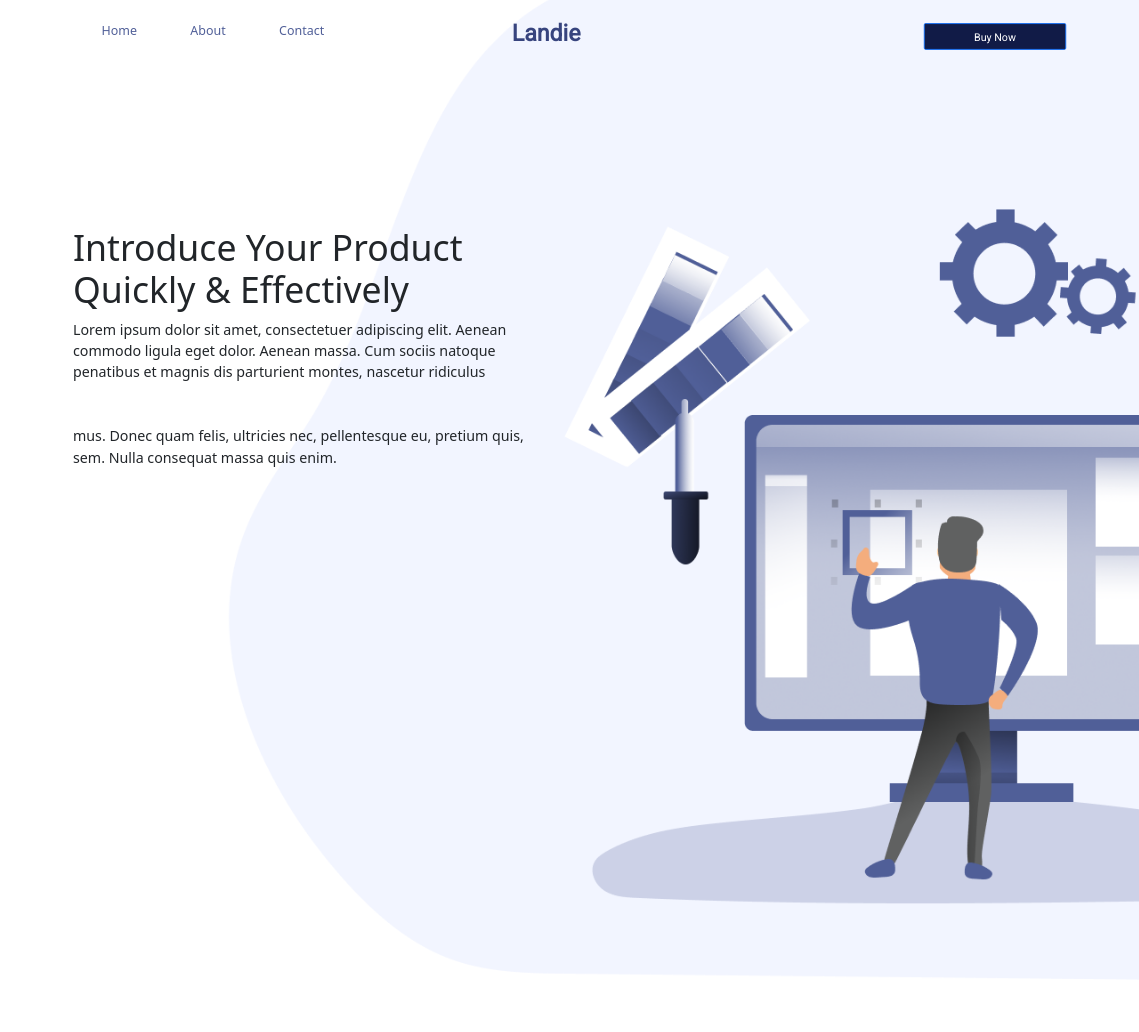
Repository: batonAnton/HW-Lec12-sass-pug
Page: index.html
An editor plug-in stored every save of this project. The page is shown before and after the next save, followed by the edit.
The browser window is 1280 px wide. The pictures show the whole page, at 89% of full size.
The style sheet was rebuilt from its Sass, Less or Tailwind sources for each picture, by a compiler version that may differ from the author's.

Above is the page before, as saved 2022-07-29 15:56:20.

### index.html
<!DOCTYPE html>
<html lang="en">
<head>
    <meta charset="UTF-8">
    <meta http-equiv="X-UA-Compatible" content="IE=edge">
    <meta name="viewport" content="width=device-width, initial-scale=1.0">
    <title>HW12 Saas</title>
    <link rel="preconnect" href="https://fonts.googleapis.com">
    <link rel="preconnect" href="https://fonts.gstatic.com" crossorigin>
    <link href="https://fonts.googleapis.com/css2?family=Roboto&display=swap" rel="stylesheet">
    <link href="https://cdn.jsdelivr.net/npm/bootstrap@5.2.0/dist/css/bootstrap.min.css" rel="stylesheet" integrity="sha384-gH2yIJqKdNHPEq0n4Mqa/HGKIhSkIHeL5AyhkYV8i59U5AR6csBvApHHNl/vI1Bx" crossorigin="anonymous">
    <link rel="stylesheet" href="css/style.css">
</head>
<body>
    <header>
        <div class="container">
            <div class="wrapper">
                <nav>
                    <div class="navigation">
                        <ul>
                            <li>
                                <a href="">home</a>
                            </li>
                            <li>
                                <a href="">about</a>
                            </li>
                            <li>
                                <a href="">contact</a>
                            </li>
                        </ul>
                        <div class="logo">
                            <h1>Landie</h1>
                        </div>
                        <div class="button">
                            <button type="button" class="btn btn-menu btn-primary">Buy now</button>
                        </div>
                    </div>
                </nav>

                <div class="leftBlock">
                    <h1>Introduce Your Product <br class="hideBR">
                        Quickly & Effectively
                    </h1>

                    <p>
                        Lorem ipsum dolor sit amet, consectetuer adipiscing elit. Aenean <br class="hideBR"> commodo ligula eget dolor. Aenean massa. Cum sociis natoque <br class="hideBR"> penatibus et magnis dis parturient montes, nascetur ridiculus <br class="hideBR">
                        <br> <br>
                        mus. Donec quam felis, ultricies nec, pellentesque eu, pretium quis, <br class="hideBR"> sem. Nulla consequat massa quis enim.
                    </p>
                </div>
            </div>
        </div>
    </header>
</body>
</html>

### css/style.scss
$primary-color: #091133;
$primaryFontStyle: Roboto;

@mixin generalStyleMenu(
  $sizeMenu: 14px,
  $lineHeight: 24px,
  $font-color: #505f98
) {
  font-size: $sizeMenu;
  line-height: $lineHeight;
  color: $font-color;
}

body {
  box-sizing: border-box;
}

header {
  width: 100%;
  height: 1160px;
  background-image: url(../image/header/header-bg.png);
  background-position: 100% -20%;
  background-repeat: no-repeat;

  .navigation {
    display: flex;
    justify-content: space-between;
    padding-top: 18px;
    align-items: center;

    ul {
      display: inline-flex;
      li {
        margin-right: 60px;
        list-style: none;
        a {
          text-decoration: none;
          text-transform: capitalize;
          @include generalStyleMenu;
        }
      }
    }
    .logo {
      display: flex;
      justify-content: center;
      margin-left: -235px;
      h1 {
        font-family: $primaryFontStyle;
        font-style: normal;
        font-weight: 900;
        font-size: 26px;
        line-height: 38px;
        color: #37447e;
      }
    }
     .btn-primary{
      font-family: 'Roboto';
      font-style: normal;
      font-weight: 500;
      font-size: 12px;
      line-height: 18px;
      color: #FFFFFF;
      text-transform: capitalize;
      background: #111b47;
      border-radius: 2px;
      width: 160px;
      height: 30px;

    }
  }
//   left-block header
  .leftBlock{
      margin-top: 190px;
  }
}

After the next save:
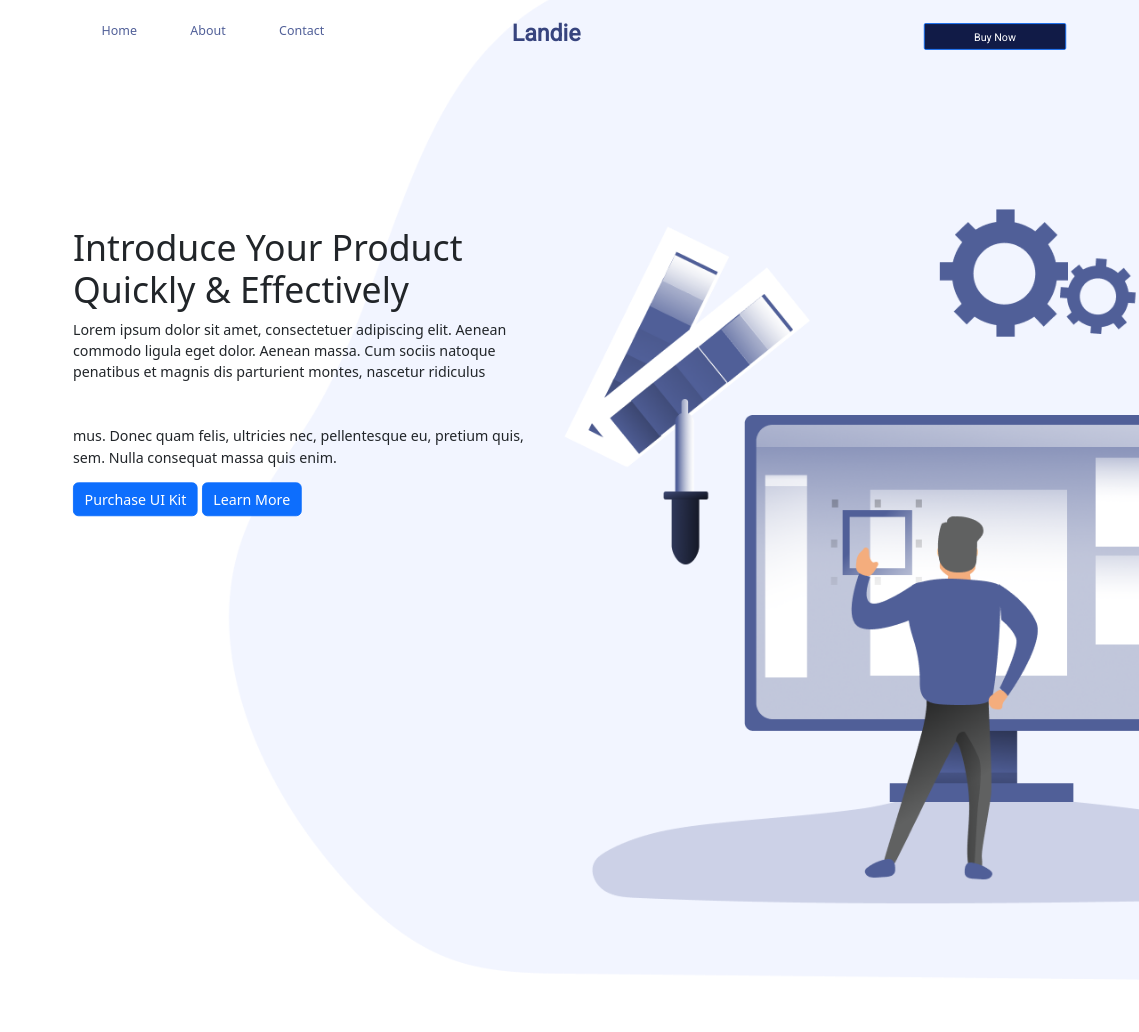
Saved 2 min 11 s later.
--- a/index.html
+++ b/index.html
@@ -47,6 +47,11 @@
                         <br> <br>
                         mus. Donec quam felis, ultricies nec, pellentesque eu, pretium quis, <br class="hideBR"> sem. Nulla consequat massa quis enim.
                     </p>
+
+                    <div class="btn-header">
+                        <button type="button" class="btn btn-menu btn-primary">Purchase UI Kit</button>
+                        <button type="button" class="btn btn-menu btn-primary">Learn More</button>
+                    </div>
                 </div>
             </div>
         </div>
